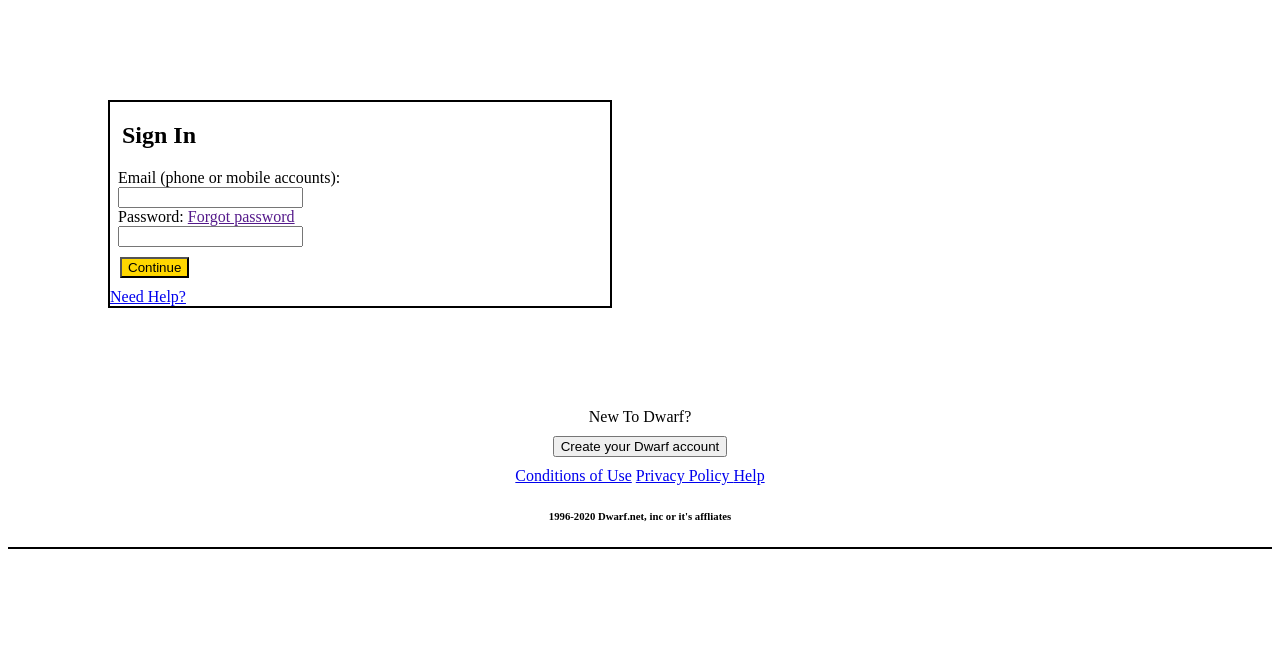
Repository: brittmarie333/replica
Page: index.html
These files come from the project's save history. The page is drawn as it stood at one moment and after a run of saves; the edit follows.
The browser window is 1280 px wide. The pictures show the whole page.

Above is the page before, as saved 2024-05-27 12:55:27.

### index.html
<!DOCTYPE html>
<html lang="en">
<head>
    <meta charset="UTF-8">
    <meta name="viewport" content="width=device-width, initial-scale=1.0">
    <link rel="stylesheet" href="index.css">
    <title>Log In</title>
</head>
<body>

    <form action="/data.php">
        <h2>&ensp;Sign In</h2>
        <label for="username">&ensp;Email (phone or mobile accounts):</label><br>
        &ensp;<input type="text" id="fname" name="fname"><br>
        <label for="pword">&ensp;Password: </label> <text align="right"><a href="">Forgot password</a></text><br>
        &ensp;<input type="text" id="lname" name="lname" ><br>
        <button style= "background-color: gold";
        <button>Continue</button>
        <br>
        <a href="http">Need Help?</a>
      </form>




      New To Dwarf?
      <br>
      <button id="create">Create your Dwarf account</button>
      <br>
      <a href="http"> Conditions of Use</a>
      <a href="http"> Privacy Policy </a>
      <a href="http"> Help </a>
      <br>

      <h6> 1996-2020 Dwarf.net, inc or it's affliates</h6>


</body>
</html>

### index.css
h2  {
    text-align: left;
}

body {
    text-align: center;
    border-bottom: 2px solid black;
}
form{
    text-align: left;
    border: 2px solid;
    border color: light grey;
    margin: 100px;
    width: 500px;

}
button{
    text-align: center;
    align-items: center;
    margin: 10px;

}

After the next 4 saves:
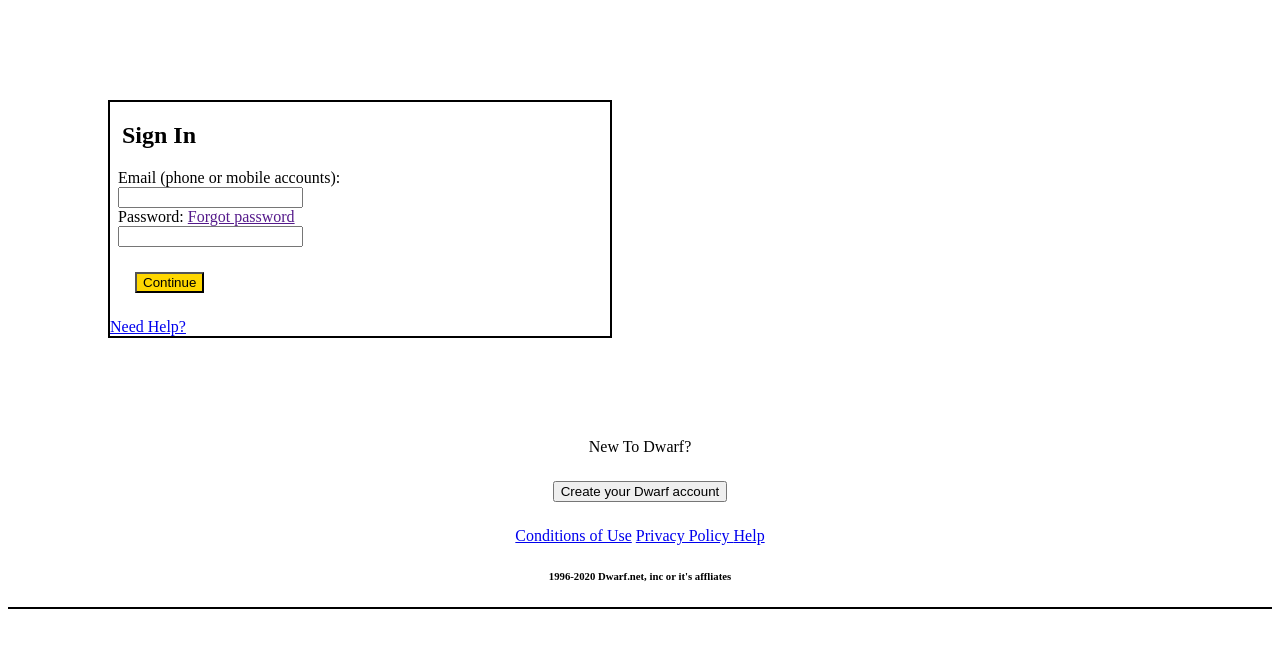
The 4 saves are shown as one change because they came seconds apart.
The last was saved 11 s later.
--- a/index.css
+++ b/index.css
@@ -17,6 +17,6 @@
 button{
     text-align: center;
     align-items: center;
-    margin: 10px;
+    margin: 25px;
 
 }
